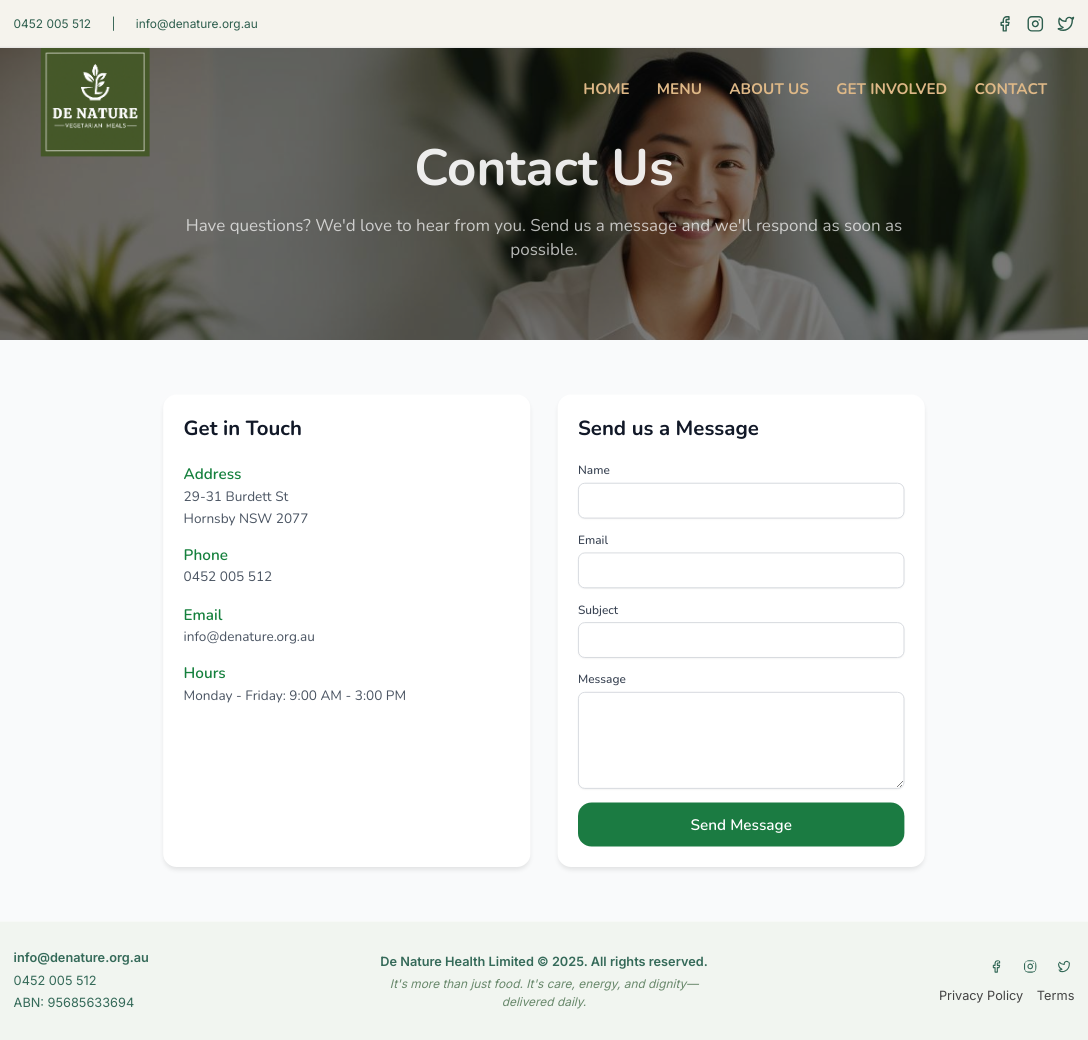
Repository: sunnyyan01/denature-website
Page: /contact
These files come from the project's save history. The page is drawn as it stood at one moment and after the next save; the edit follows.
The browser window is 1280 px wide. The pictures show the whole page, at 85% of full size.
The project was rebuilt for these pictures with package versions that can differ from the ones it lists, and the page was loaded fresh each time. The framework's server and built-in components were replaced by stand-ins that run in the browser. Also part of the build but not shown: next.config.js.

Above is the page before, as saved 2025-05-14 21:48:44.

After the next save:
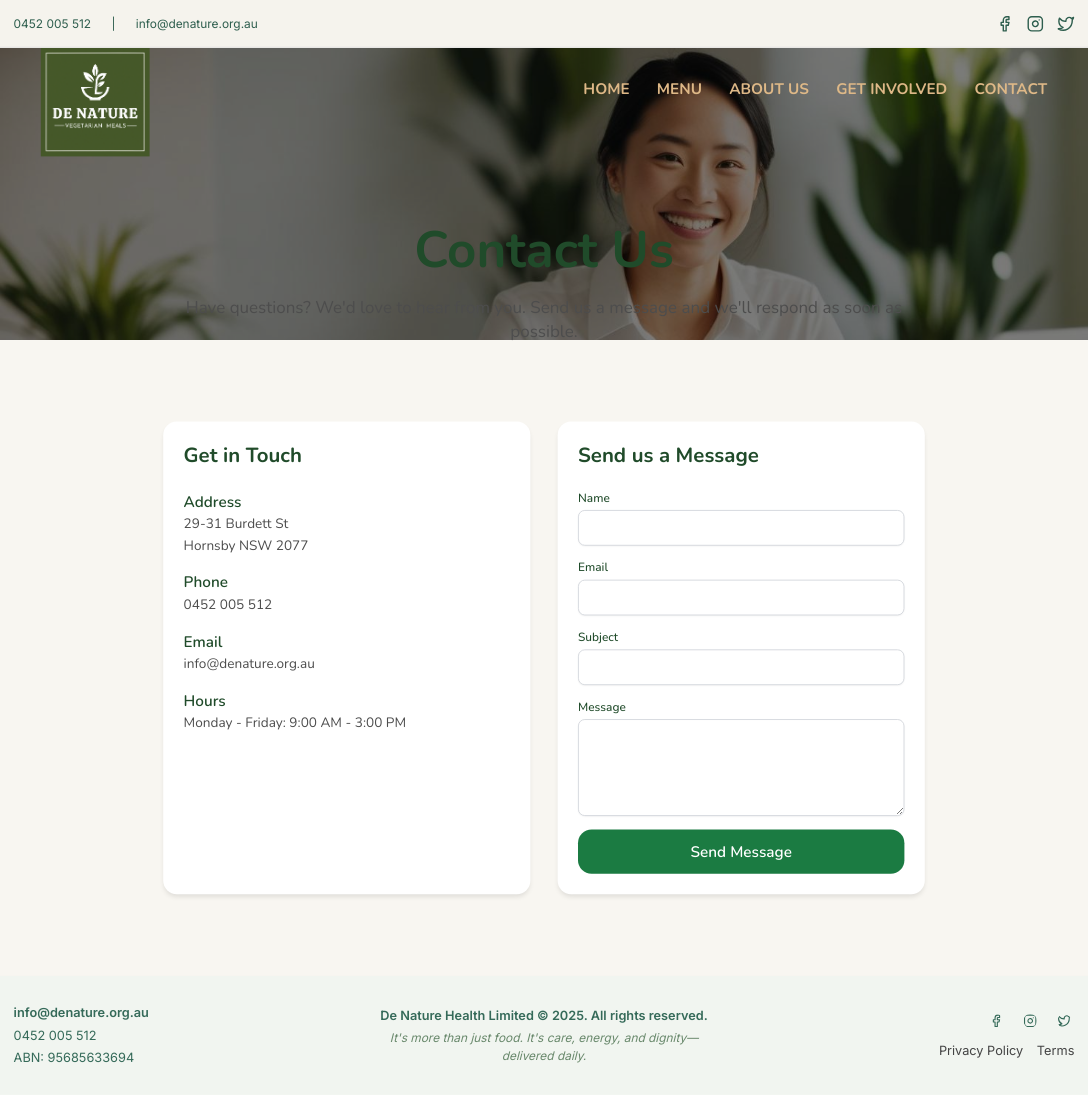
Saved 21 s later.
--- a/src/app/contact/page.tsx
+++ b/src/app/contact/page.tsx
@@ -68,18 +68,18 @@
   };
 
   return (
-    <main className="mt-0">
+    <main style={{ background: '#F8F6F1' }}>
       {/* Hero Section */}
-      <section className="relative h-[50vh]">
+      <section className="relative h-[50vh] py-24">
         <div className="absolute inset-0 bg-[url('/images/contact-hero.jpg')] bg-cover bg-top">
           <div className="absolute inset-0 bg-black/50"></div>
         </div>
         <div className="relative container mx-auto px-4 h-full flex items-start pt-32">
           <div className="max-w-4xl mx-auto">
-            <h1 className="text-4xl md:text-6xl font-bold text-white/90 mb-6 leading-tight font-heading text-center">
+            <h1 className="text-4xl md:text-6xl font-bold text-white/90 mb-6 leading-tight font-heading text-center" style={{ color: '#204B2A' }}>
               Contact Us
             </h1>
-            <p className="text-xl text-white/70 text-center mb-6">
+            <p className="text-xl text-white/70 text-center mb-6" style={{ color: '#4D4D4D' }}>
               Have questions? We'd love to hear from you. Send us a message and we'll respond as soon as possible.
             </p>
           </div>
@@ -87,38 +87,38 @@
       </section>
 
       {/* Contact Content Section */}
-      <section className="py-16 bg-gray-50">
+      <section className="py-24" style={{ background: '#F8F6F1' }}>
         <div className="max-w-4xl mx-auto">
           <div className="grid grid-cols-1 md:grid-cols-2 gap-8">
             {/* Contact Information */}
             <div className="bg-white rounded-lg shadow-md p-6">
-              <h2 className="text-2xl font-bold text-gray-900 mb-6">Get in Touch</h2>
+              <h2 className="text-2xl font-bold text-gray-900 mb-6" style={{ color: '#204B2A' }}>Get in Touch</h2>
               <div className="space-y-4">
                 <div>
-                  <h3 className="text-lg font-semibold text-green-700">Address</h3>
-                  <p className="text-gray-600">29-31 Burdett St<br />Hornsby NSW 2077</p>
+                  <h3 className="text-lg font-semibold text-green-700" style={{ color: '#204B2A' }}>Address</h3>
+                  <p className="text-gray-600" style={{ color: '#4D4D4D' }}>29-31 Burdett St<br />Hornsby NSW 2077</p>
                 </div>
                 <div>
-                  <h3 className="text-lg font-semibold text-green-700">Phone</h3>
-                  <p className="text-gray-600">0452 005 512</p>
+                  <h3 className="text-lg font-semibold text-green-700" style={{ color: '#204B2A' }}>Phone</h3>
+                  <p className="text-gray-600" style={{ color: '#4D4D4D' }}>0452 005 512</p>
                 </div>
                 <div>
-                  <h3 className="text-lg font-semibold text-green-700">Email</h3>
-                  <p className="text-gray-600">info@denature.org.au</p>
+                  <h3 className="text-lg font-semibold text-green-700" style={{ color: '#204B2A' }}>Email</h3>
+                  <p className="text-gray-600" style={{ color: '#4D4D4D' }}>info@denature.org.au</p>
                 </div>
                 <div>
-                  <h3 className="text-lg font-semibold text-green-700">Hours</h3>
-                  <p className="text-gray-600">Monday - Friday: 9:00 AM - 3:00 PM</p>
+                  <h3 className="text-lg font-semibold text-green-700" style={{ color: '#204B2A' }}>Hours</h3>
+                  <p className="text-gray-600" style={{ color: '#4D4D4D' }}>Monday - Friday: 9:00 AM - 3:00 PM</p>
                 </div>
               </div>
             </div>
 
             {/* Contact Form */}
             <div className="bg-white rounded-lg shadow-md p-6">
-              <h2 className="text-2xl font-bold text-gray-900 mb-6">Send us a Message</h2>
+              <h2 className="text-2xl font-bold text-gray-900 mb-6" style={{ color: '#204B2A' }}>Send us a Message</h2>
               <form onSubmit={handleSubmit} className="space-y-4">
                 <div>
-                  <label htmlFor="name" className="block text-sm font-medium text-gray-700">Name</label>
+                  <label htmlFor="name" className="block text-sm font-medium text-gray-700" style={{ color: '#204B2A' }}>Name</label>
                   <input
                     type="text"
                     id="name"
@@ -131,7 +131,7 @@
                 </div>
 
                 <div>
-                  <label htmlFor="email" className="block text-sm font-medium text-gray-700">Email</label>
+                  <label htmlFor="email" className="block text-sm font-medium text-gray-700" style={{ color: '#204B2A' }}>Email</label>
                   <input
                     type="email"
                     id="email"
@@ -144,7 +144,7 @@
                 </div>
 
                 <div>
-                  <label htmlFor="subject" className="block text-sm font-medium text-gray-700">Subject</label>
+                  <label htmlFor="subject" className="block text-sm font-medium text-gray-700" style={{ color: '#204B2A' }}>Subject</label>
                   <input
                     type="text"
                     id="subject"
@@ -157,7 +157,7 @@
                 </div>
 
                 <div>
-                  <label htmlFor="message" className="block text-sm font-medium text-gray-700">Message</label>
+                  <label htmlFor="message" className="block text-sm font-medium text-gray-700" style={{ color: '#204B2A' }}>Message</label>
                   <textarea
                     id="message"
                     name="message"
